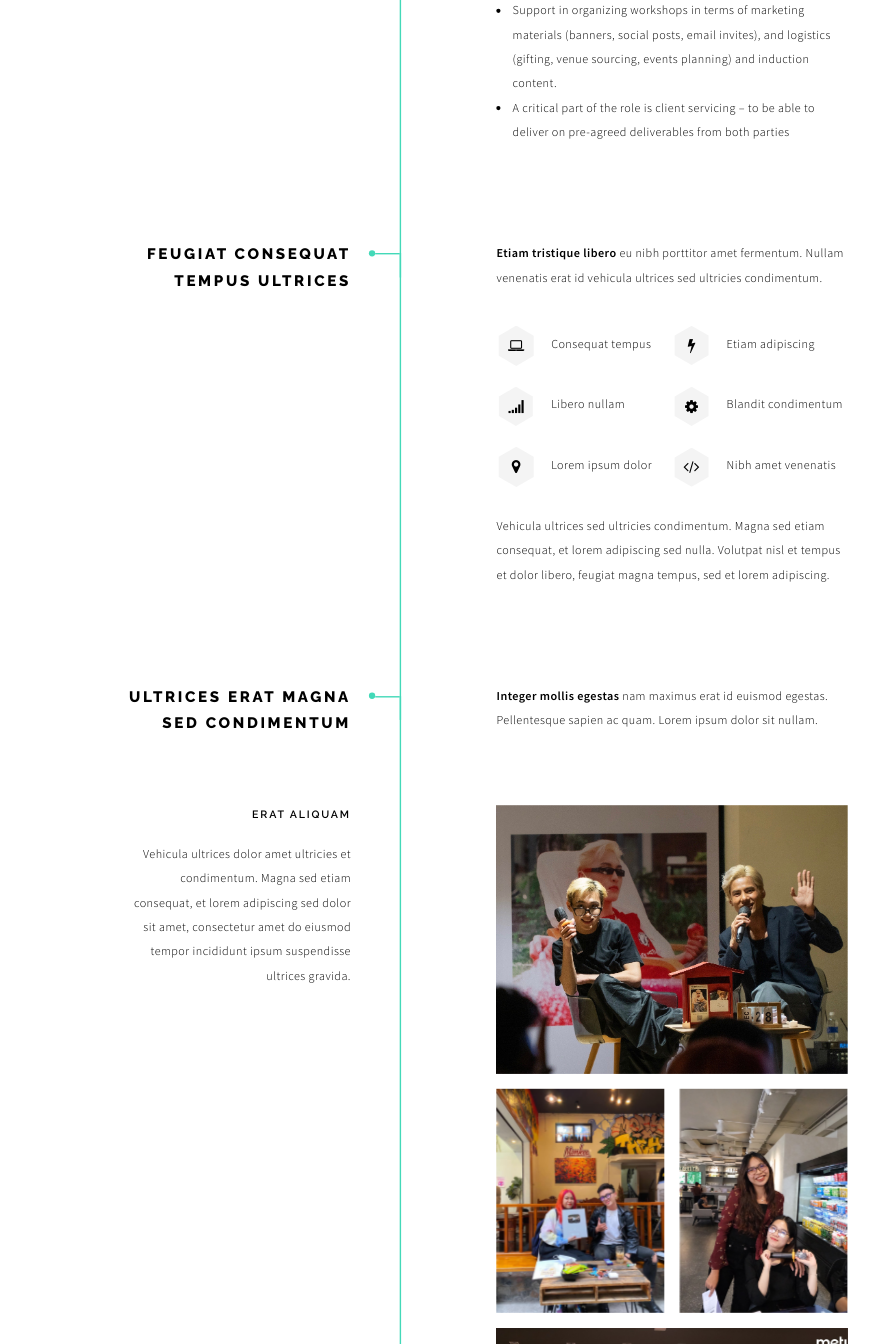
Repository: leonardin999/linh-porfolios
Page: index.html
An editor plug-in stored every save of this project. The page is shown before and after the next save, followed by the edit.
The browser window is 1280 px wide. The pictures show the part of the page from y = 2109 to 4029 px (the page is 7393 px tall before and 8329 px after), at 70% of full size.

Above is the page before, as saved 2023-01-22 21:46:20.

After the next save:
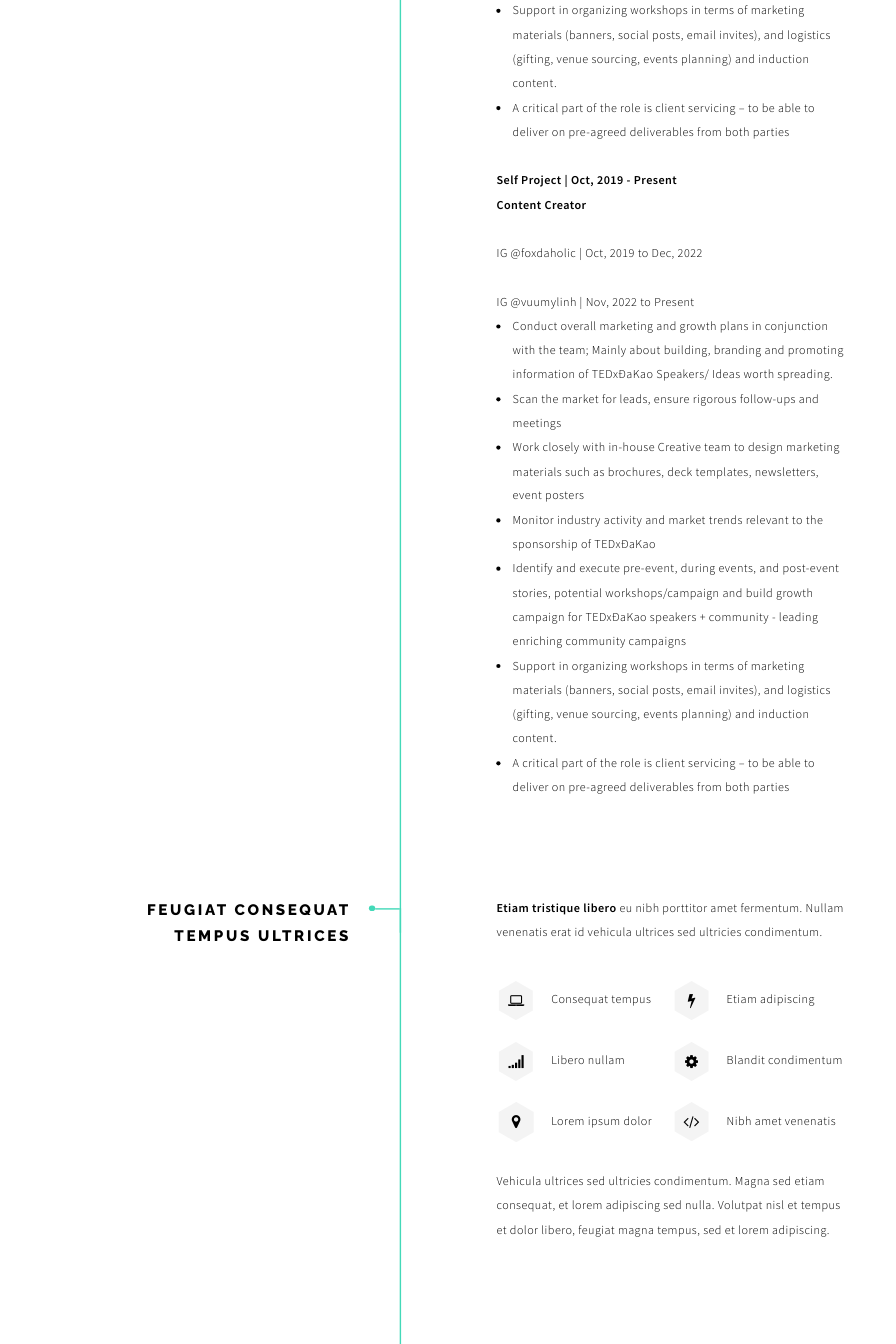
Saved 13 min 9 s later.
--- a/index.html
+++ b/index.html
@@ -63,6 +63,20 @@
 
             <strong>TEDxĐaKao | Nov, 2018 - Present</strong>
             <br><strong>Assistant to Organizer</strong></br>
+            <ul class="">
+              <li class="">Conduct overall marketing and growth plans in conjunction with the team; Mainly about building, branding and promoting information of TEDxĐaKao Speakers/ Ideas worth spreading.</li>
+              <li class="">Scan the market for leads, ensure rigorous follow-ups and meetings</li>
+              <li class="">Work closely with in-house Creative team to design marketing materials such as brochures, deck templates, newsletters, event posters</li>
+              <li class="">Monitor industry activity and market trends relevant to the sponsorship of TEDxĐaKao</li>
+              <li class="">Identify and execute pre-event, during events, and post-event stories, potential workshops/campaign and build growth campaign for TEDxĐaKao speakers + community - leading enriching community campaigns</li>
+              <li class="">Support in organizing workshops in terms of marketing materials (banners, social posts, email invites), and logistics (gifting, venue sourcing, events planning) and induction content.</li>
+              <li class="">A critical part of the role is client servicing – to be able to deliver on pre-agreed deliverables from both parties</li>
+            </ul>
+
+            <strong>Self Project | Oct, 2019 - Present</strong>
+            <br><strong>Content Creator</strong></br>
+            <br>IG @foxdaholic | Oct, 2019 to Dec, 2022</br>
+            <br>IG @vuumylinh  | Nov, 2022 to Present</br>
             <ul class="">
               <li class="">Conduct overall marketing and growth plans in conjunction with the team; Mainly about building, branding and promoting information of TEDxĐaKao Speakers/ Ideas worth spreading.</li>
               <li class="">Scan the market for leads, ensure rigorous follow-ups and meetings</li>
